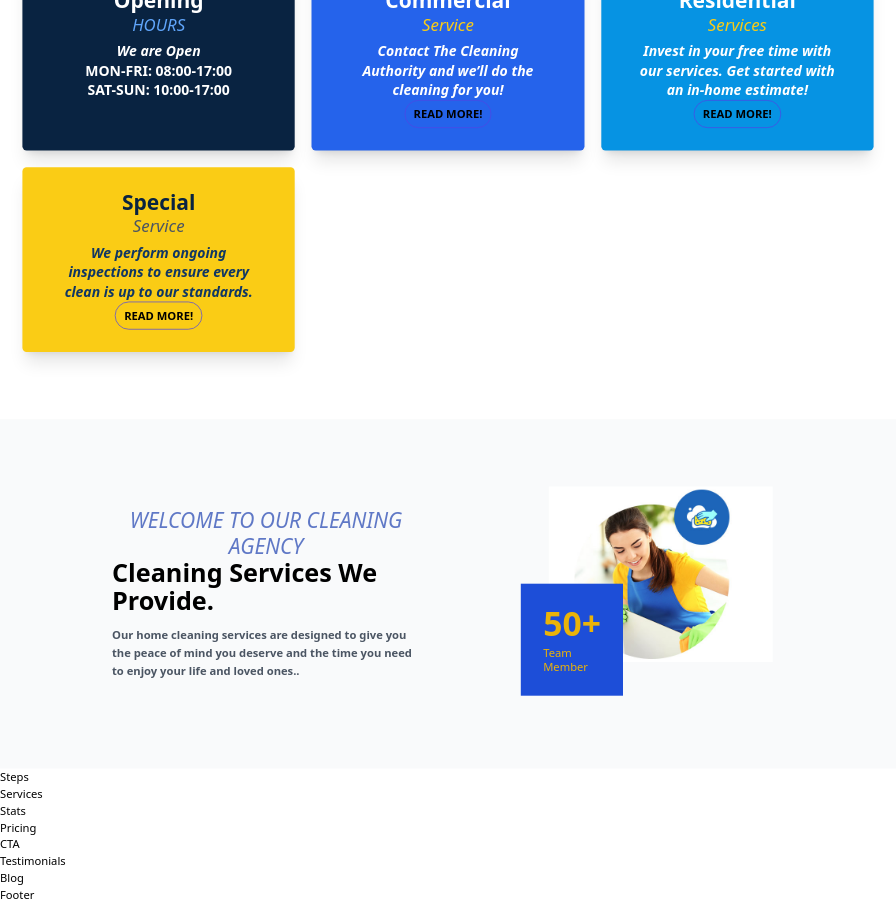
Repository: remydev47/cleonara
Page: /
These files come from the project's save history. The page is drawn as it stood at one moment and after the next save; the edit follows.
The browser window is 1280 px wide. The pictures show the part of the page from y = 1017 to 2937 px (the page is 2307 px tall before and 2937 px after), at 70% of full size.
The project was rebuilt for these pictures with package versions that can differ from the ones it lists, and the page was loaded fresh each time. The framework's server and built-in components were replaced by stand-ins that run in the browser. Also part of the build but not shown: next.config.js.

Above is the page before, as saved 2022-11-01 13:10:08.

After the next save:
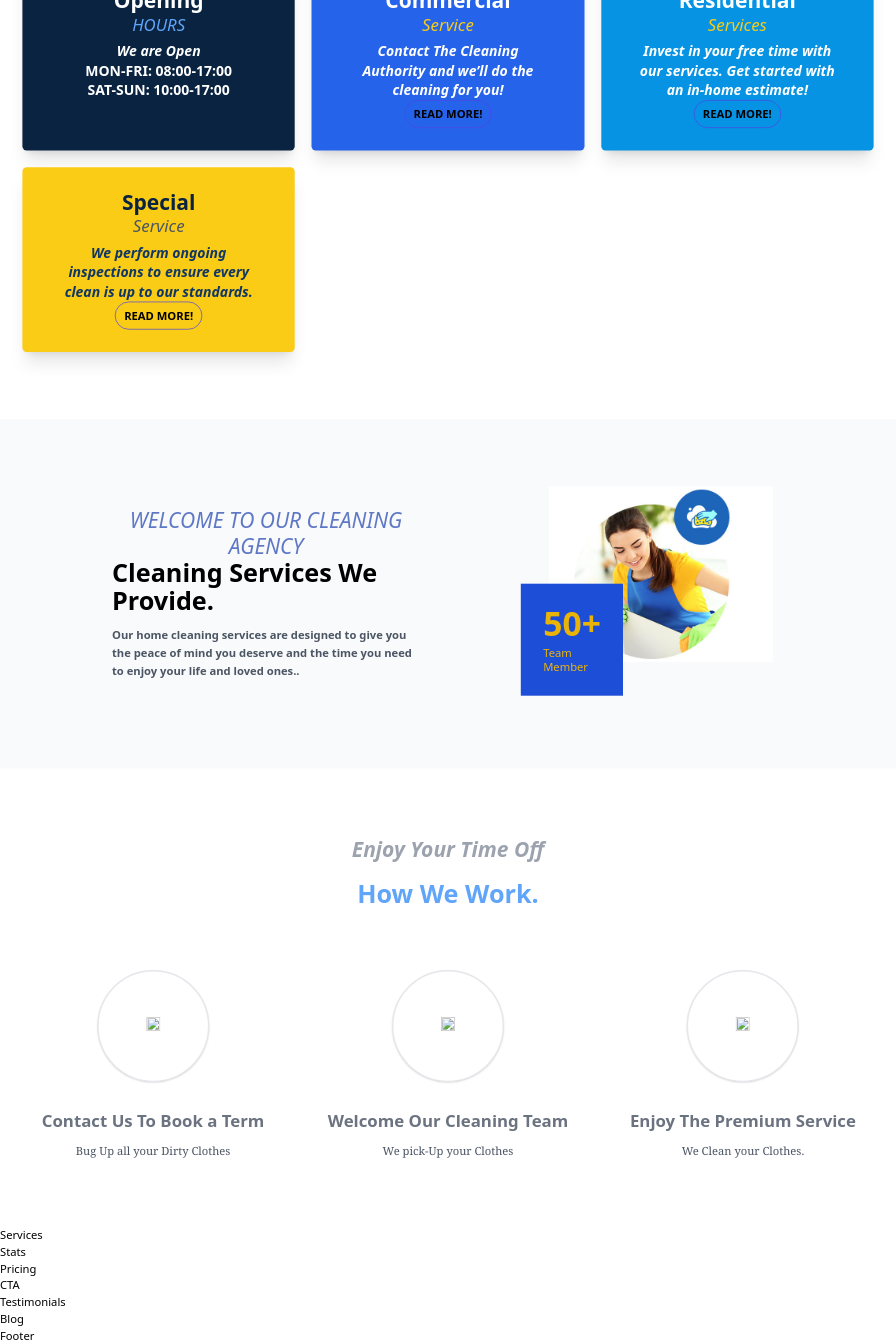
Not found: images/step-1.png
Not found: images/step-2.png
Not found: images/step-3.png
Saved 2 min 18 s later.
--- a/components/Steps.tsx
+++ b/components/Steps.tsx
@@ -2,7 +2,53 @@
 
 const Steps = () => {
   return (
-    <div>Steps</div>
+    <section className="py-10  bg-white sm:py-16 lg:py-24">
+    <div className="px-4 mx-auto max-w-7xl sm:px-6 lg:px-8">
+        <div className="max-w-2xl mx-auto text-center">
+            <h2 className="text-3xl italic font-semibold leading-tight text-gray-400">Enjoy Your Time Off</h2>
+            <p className="mx-auto mt-4 text-4xl font-bold leading-relaxed text-blue-400">
+              How We Work.
+            </p>
+        </div>
+
+        <div className="relative mt-12 lg:mt-20">
+
+
+            <div className="relative grid grid-cols-1 text-center gap-y-12 md:grid-cols-3 gap-x-12">
+                <div>
+                    <div className="flex items-center justify-center w-40 h-40 mx-auto bg-white border-2 border-gray-200 rounded-full shadow">
+                        <span className="text-xl font-semibold text-gray-700">
+                            <img src='/images/step-1.png' className='h-full w-full ' />
+                        </span>
+                    </div>
+                    <h3 className="mt-6 text-2xl font-bold leading-tight text-gray-500 md:mt-10">Contact Us To Book a Term</h3>
+                    <p className="mt-4 font-serif text-base text-gray-600">Bug Up all your Dirty Clothes</p>
+                </div>
+
+                <div>
+                    <div className="flex items-center justify-center w-40 h-40 mx-auto bg-white border-2 border-gray-200 rounded-full shadow">
+                        <span className="text-xl font-semibold text-gray-700">
+                          <img src='/images/step-2.png' className='h-full w-full ' />
+                        </span>
+                    </div>
+                    <h3 className="mt-6 text-2xl font-bold leading-tight text-gray-500 md:mt-10">Welcome Our Cleaning Team</h3>
+                    <p className="mt-4 font-serif text-base text-gray-600">We pick-Up your Clothes</p>
+                </div>
+
+                <div>
+                    <div className="flex items-center justify-center w-40 h-40 mx-auto bg-white border-2 border-gray-200 rounded-full shadow">
+                        <span className="text-xl font-semibold text-gray-700">
+                        <img src='/images/step-3.png' className='h-full w-full ' />
+                        </span>
+                    </div>
+                    <h3 className="mt-6 text-2xl font-bold leading-tight text-gray-500 md:mt-10">Enjoy The Premium Service</h3>
+                    <p className="mt-4 font-serif text-base text-gray-600">We Clean your Clothes.</p>
+                </div>
+
+            </div>
+        </div>
+    </div>
+ </section>
   )
 }
 

After the save that followed:
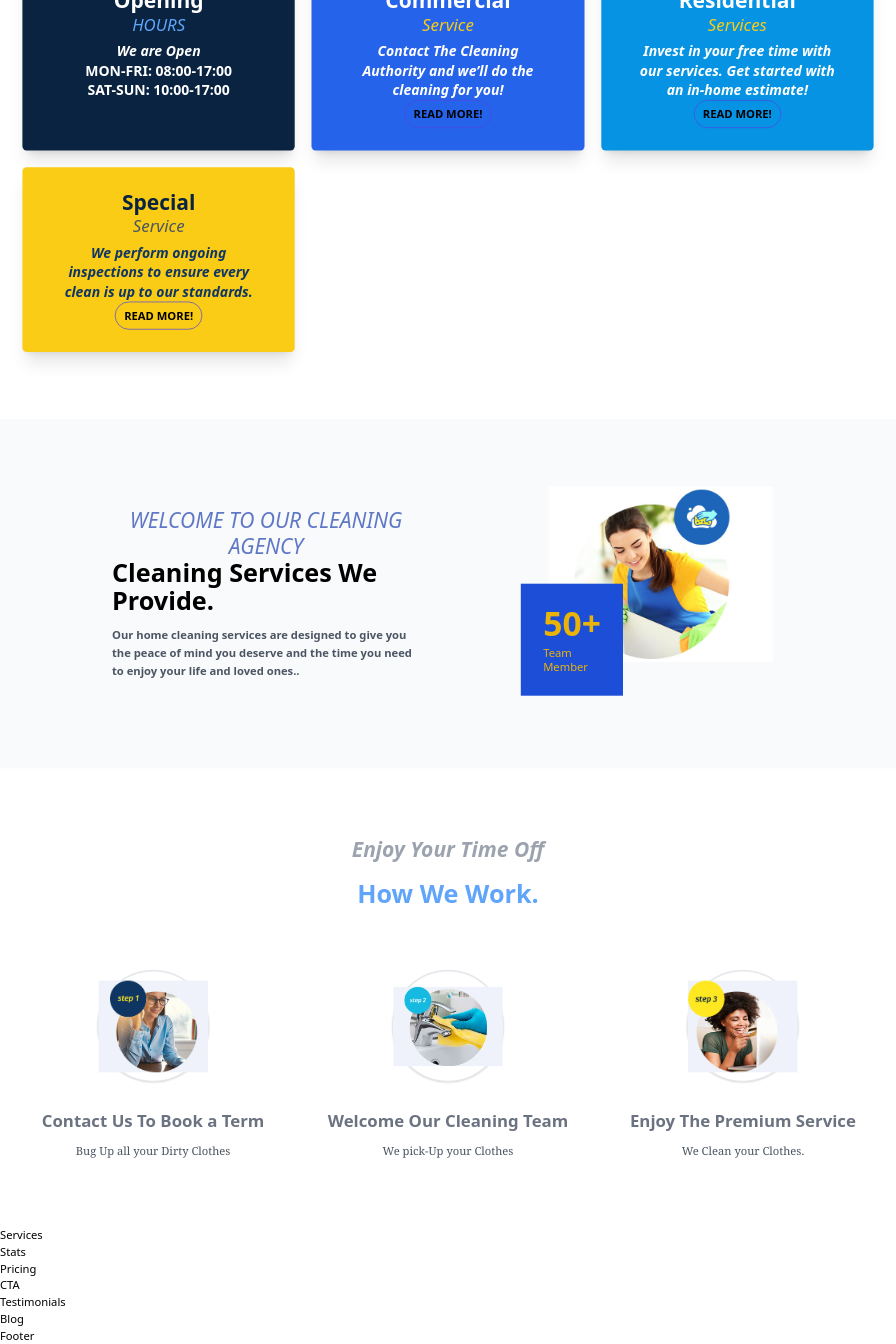
Saved 53 s later.
--- a/components/Steps.tsx
+++ b/components/Steps.tsx
@@ -18,7 +18,7 @@
                 <div>
                     <div className="flex items-center justify-center w-40 h-40 mx-auto bg-white border-2 border-gray-200 rounded-full shadow">
                         <span className="text-xl font-semibold text-gray-700">
-                            <img src='/images/step-1.png' className='h-full w-full ' />
+                            <img src='/images/step-1.jpg' className='h-full w-full ' />
                         </span>
                     </div>
                     <h3 className="mt-6 text-2xl font-bold leading-tight text-gray-500 md:mt-10">Contact Us To Book a Term</h3>
@@ -28,7 +28,7 @@
                 <div>
                     <div className="flex items-center justify-center w-40 h-40 mx-auto bg-white border-2 border-gray-200 rounded-full shadow">
                         <span className="text-xl font-semibold text-gray-700">
-                          <img src='/images/step-2.png' className='h-full w-full ' />
+                          <img src='/images/step-2.jpg' className='h-full w-full ' />
                         </span>
                     </div>
                     <h3 className="mt-6 text-2xl font-bold leading-tight text-gray-500 md:mt-10">Welcome Our Cleaning Team</h3>
@@ -38,7 +38,7 @@
                 <div>
                     <div className="flex items-center justify-center w-40 h-40 mx-auto bg-white border-2 border-gray-200 rounded-full shadow">
                         <span className="text-xl font-semibold text-gray-700">
-                        <img src='/images/step-3.png' className='h-full w-full ' />
+                        <img src='/images/step-3.jpg' className='h-full w-full ' />
                         </span>
                     </div>
                     <h3 className="mt-6 text-2xl font-bold leading-tight text-gray-500 md:mt-10">Enjoy The Premium Service</h3>
